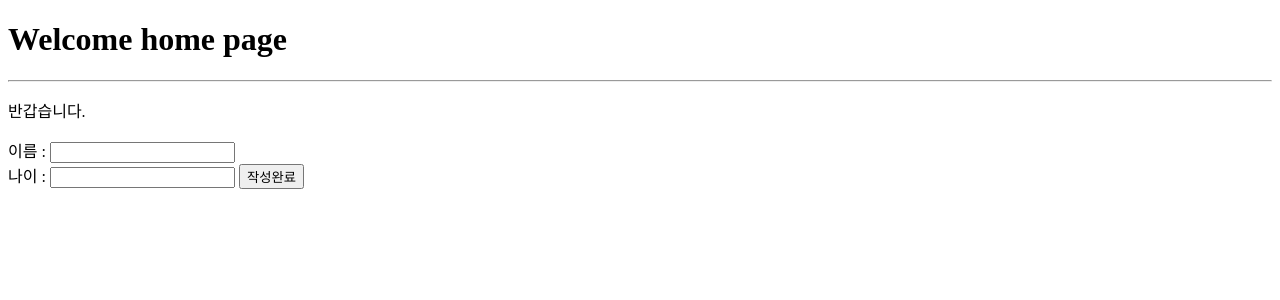
Repository: Cyoungju/workspace
Page: http://localhost/test/home.jsp
An editor plug-in stored every save of this project. The page is shown before and after the next save, followed by the edit.
The browser window is 1280 px wide. The pictures show the whole page.
The page is served by Tomcat 9. Other server files are loaded and not shown.

Above is the page before, as saved 2024-01-31 05:19:04.

### ws-jsp-servlet/test/src/main/webapp/home.jsp
<%@ page language="java" contentType="text/html; charset=UTF-8"
    pageEncoding="UTF-8"%>
<!DOCTYPE html>
<html>
<head>
<meta charset="UTF-8">
<title>Insert title here</title>
</head>
<body>
	<h1>Welcome home page</h1>
	<hr>
	<div>
		<p>반갑습니다.</p>
	</div>
	<!-- 이름 나이 서버로 데이터 전송 -->
	<form action="" method="get">
		이름 : <input type="text" name="name"><br>
		나이 : <input type="text" name="age">
		<input type="submit" value="작성완료">
	</form>
</body>
</html>

After the next save:
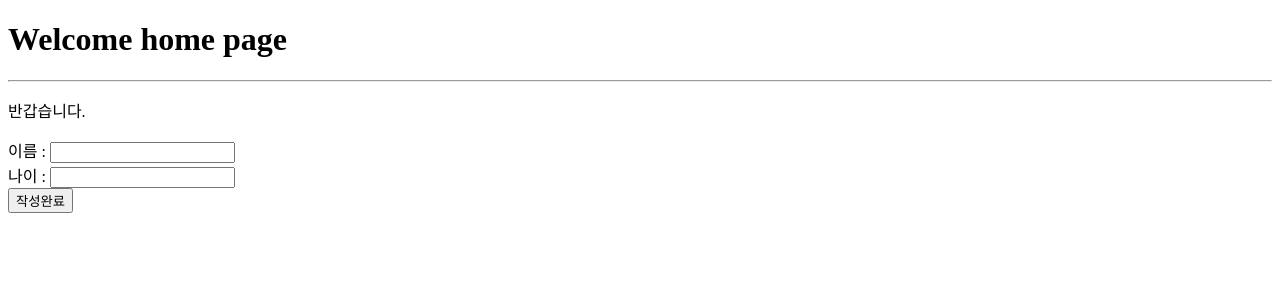
Saved 6 s later.
--- a/ws-jsp-servlet/test/src/main/webapp/home.jsp
+++ b/ws-jsp-servlet/test/src/main/webapp/home.jsp
@@ -15,7 +15,7 @@
 	<!-- 이름 나이 서버로 데이터 전송 -->
 	<form action="" method="get">
 		이름 : <input type="text" name="name"><br>
-		나이 : <input type="text" name="age">
+		나이 : <input type="text" name="age"><br>
 		<input type="submit" value="작성완료">
 	</form>
 </body>
